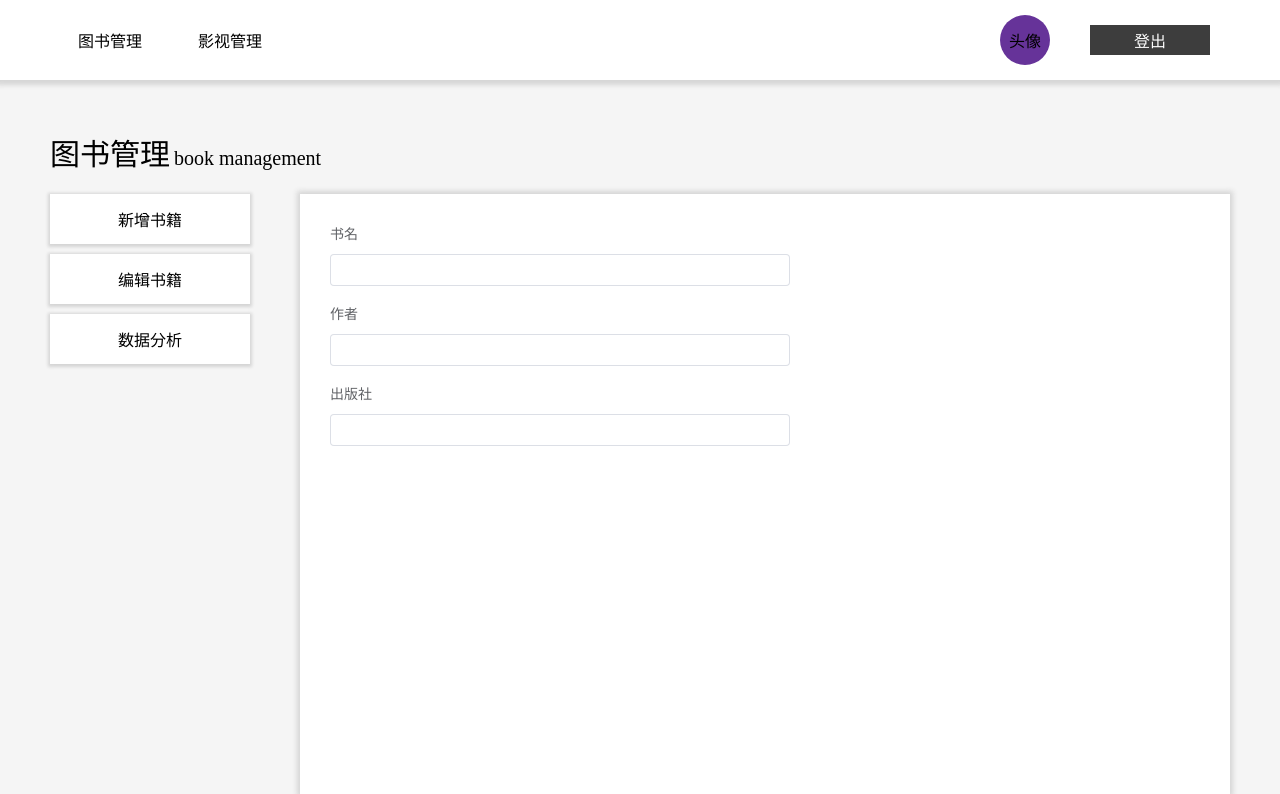
Repository: quanwangniuniu/Oasis-Reading-Platform
Page: /#/admin/books (app in Vue-frontend/)
These files come from the project's save history. The page is drawn as it stood at one moment and after the next save; the edit follows.
The browser window is 1280 px wide. The pictures show the whole page.
Some web fonts or font styles are not loaded; a fallback is used. The project was rebuilt for these pictures with package versions that can differ from the ones it lists, and the page was loaded fresh each time. Also part of the build but not shown: Vue-frontend/vite.config.js, Vue-frontend/src/components/Test.vue, Vue-frontend/src/components/user/books/BookCard.vue, Vue-frontend/src/components/axios/config.js, Vue-frontend/src/components/axios/api.js, Vue-frontend/src/components/user/books/Books.vue, Vue-frontend/src/components/user/movies/Favourites.vue, Vue-frontend/src/components/user/explore/Explore.vue and 10 more.

Above is the page before, as saved 2023-04-13 15:55:56.

### Vue-frontend/index.html
<!DOCTYPE html>
<html lang="en">
  <head>
    <meta charset="UTF-8">
    <meta name="viewport" content="width=device-width, initial-scale=1.0">
    <title>Vite App</title>
    <style>
      *{
        padding: 0px;
        margin: 0px;
      }

      body{
        background-color: rgb(245, 245, 245);
      }
    </style>
  </head>
  <body>
    <div id="app"></div>
    <script type="module" src="/src/main.js"></script>
  </body>
</html>

### Vue-frontend/src/main.js
import { createApp } from 'vue'
import ElementPlus from 'element-plus'
import 'element-plus/dist/index.css'
import App from './App.vue'
import router from './components/router/router'
import * as ElementPlusIconsVue from '@element-plus/icons-vue'
import './assets/font/font.css'

const app = createApp(App)
app.use(router)
app.use(ElementPlus)
app.mount('#app')
for (const [key, component] of Object.entries(ElementPlusIconsVue)) {
    app.component(key, component)
  }

### Vue-frontend/src/App.vue
<script setup>
import Test from './components/Test.vue';
</script>

<template>
  <div>
    <router-view></router-view>
  </div>
</template>

<style scoped>
</style>

### Vue-frontend/src/components/router/router.js
import {createRouter, createWebHashHistory} from 'vue-router'
import Books from '../user/books/Books.vue'
import Movies from '../user/movies/Favourites.vue'
import Explore from '../user/explore/Explore.vue'
import Login from '../user/login/Login.vue'
import SpecificBook from '../user/books/SpecificBook.vue'
import User from '../User.vue'
import Admin from '../Admin.vue'
import UserInfo from '../user/info/UserInfo.vue'
import BookSearch from '../user/books/BookSearch.vue'
import Transit from '../user/books/Transit.vue'
import BookManagement from '../admin/bookManagement/BookManagement.vue'
import MovieManagement from '../admin/movieManagement/MovieManagement.vue'

import {checkUser} from './utils.js'

const router = createRouter({
    history: createWebHashHistory(),
    routes:[
        {path:'/user', component: User, alias:['/'], children:[
            {path:'books', component: Books},
            {path:'search',name:'search', component: BookSearch},
            {path:'transit',name:'transit', component: Transit},
            {path:'books/:id', component: SpecificBook,beforeEnter: checkUser},
            {path:'movies', component: Movies},
            {path:'explore', component: Explore},
            {path:'login', component: Login},
            {path:'info', component: UserInfo, beforeEnter: checkUser},
        ]},
        {path:'/admin', component: Admin,children:[
            {path:'books', component: BookManagement},
            {path:'movies', component: MovieManagement}
        ]}
    ]
})

export default router

### Vue-frontend/src/assets/font/font.css

  @font-face {
    font-family: siyuansongti;
    src: url(./Source_Han_Serif_SC_Light_Light.otf);
    font-weight: normal;
    font-style: normal;
  }

### Vue-frontend/src/components/Admin.vue
<script setup>
import BookManagementVue from './admin/bookManagement/BookManagement.vue';
import AdminHeader from './admin/header/AdminHeader.vue';
</script>

<template>
    <AdminHeader></AdminHeader>
    <router-view></router-view>
</template>

<style scoped>
</style>

### Vue-frontend/src/components/admin/bookManagement/BookManagement.vue
<script setup>
import LeftBar from './LeftBar.vue';
import {ref} from 'vue'


const bookItem = ref({
  title: '',
  author: '',
  publisher: '',
  ISBN: '',
  description: '',
  publish_year: '',
  page:'',
  binding: '',
  price:'',
  seriers:' '
})


</script>

<template>
  <div class="top-container">
    <div class="title">
      <span>图书管理</span>&nbsp;<span>book management</span>
    </div>
  </div>
  <div class="container">
      <LeftBar></LeftBar>
      <div class="panel">
        <div>
          <el-form
            label-position="top"
            label-width="100px"
            :model="formLabelAlign"
            style="max-width: 460px"
          >
            <el-form-item label="书名">
              <el-input v-model="bookItem.title" />
            </el-form-item>
            <el-form-item label="作者">
              <el-input v-model="bookItem.author" />
            </el-form-item>
            <el-form-item label="出版社">
              <el-input v-model="bookItem.publisher" />
            </el-form-item>
          </el-form>
        </div>
      </div>
  </div>

</template>

<style scoped>
.top-container{
  margin: 50px 50px 0px 50px;
  display: flex;
  justify-content: space-between;
}

.title{
  width: 400px;
  font-family: siyuansongti;
}
.container{
  display: flex;
  margin: 20px 50px 0px 50px
}

.title span:nth-child(1){
  font-size: 30px;
}
.title span:nth-child(2){
  font-size: 20px;
}

.panel{
  box-sizing: border-box;
  flex: 1;
  height: 600px;
  background-color: white;
  box-shadow: 0 0 5px 3px rgb(214, 214, 214);
  padding: 30px;
}

</style>

### Vue-frontend/src/components/router/utils.js
export const checkUser = (from, to, next) => {
    if(localStorage.getItem('token') === null){
        next('/login')
    }else{
        next()
    }
}

### Vue-frontend/src/components/admin/header/AdminHeader.vue
<script setup>

let logout = () =>{
    localStorage.clear('token')
    localStorage.clear('type')
}

</script>

<template>
    <div>
        <div class="container">
            <div class="left">
                <div class="nav"><router-link to="/admin/books">图书管理</router-link></div>
                <div class="nav"><router-link to="/admin/movies">影视管理</router-link></div>
            </div>

            <div class="right">
                <div class="nav avata"><router-link to="/info">头像</router-link></div>
                <div class="nav login"><router-link to="/explore" @click="logout">登出</router-link></div>
            </div>

        </div>
    </div>

</template>

<style scoped>
.container{
    height: 80px;
    background-color: white;
    /* 边框模糊效果 */
    box-shadow: 0 0 5px 5px rgb(214, 214, 214);
    /* 开启flex布局 */
    display: flex;
    /* 设置元素靠右排列 */
    justify-content: space-between;
    /* 设置元素垂直居中 */
    align-items: center;
}

.left{
    display: flex;
    /* 设置元素垂直居中 */
    align-items: center;
    padding-left: 50px;
}

.right{
    display: flex;
    /* 设置元素垂直居中 */
    align-items: center;
    padding-right: 50px;
}

.nav{
    width: 80px;
    height: 30px;
    margin-left: 20px;
    margin-right: 20px;
    /* 设置nav内部a标签水平居中 */
    text-align: center;
    /* 开启flex局部 */
    display: flex;
    /* 设置nav内部a标签垂直居中 */
    align-items: center;
}

.nav a{
    width: 80px;
    /* 清除a标签默认样式 */
    text-decoration: none;
    color: black;

}

.login{
    width: 120px;
    background-color: rgb(61, 61, 61);
}

.login a{
    width: 1200px;
    color: white;
}

.avata{
    width: 50px;
    height: 50px;
    border-radius: 50%;
    background-color: rebeccapurple;
}


</style>

### Vue-frontend/src/components/admin/bookManagement/LeftBar.vue
<script setup>

</script>

<template>
    <div class="leftbar-container">
        <div class="card">
            新增书籍
        </div>
        <div class="card">
            编辑书籍
        </div>
        <div class="card">
            数据分析
        </div>
    </div>

</template>

<style scoped>
.leftbar-container{
    width: 250px;
    height: 600px;
}

.card{
    width: 200px;
    height: 50px;
    background: white;
    /* 设置卡片阴影 */
    box-shadow: 0px 1px 3px 2px rgb(214, 214, 214);
    /* 开启flex布局 文字水平垂直居中 */
    display: flex;
    justify-content: center;
    align-items:center;
    margin-bottom: 10px;
}

.card:hover{
    transform:scale(1.1);
}
</style>

After the next save:
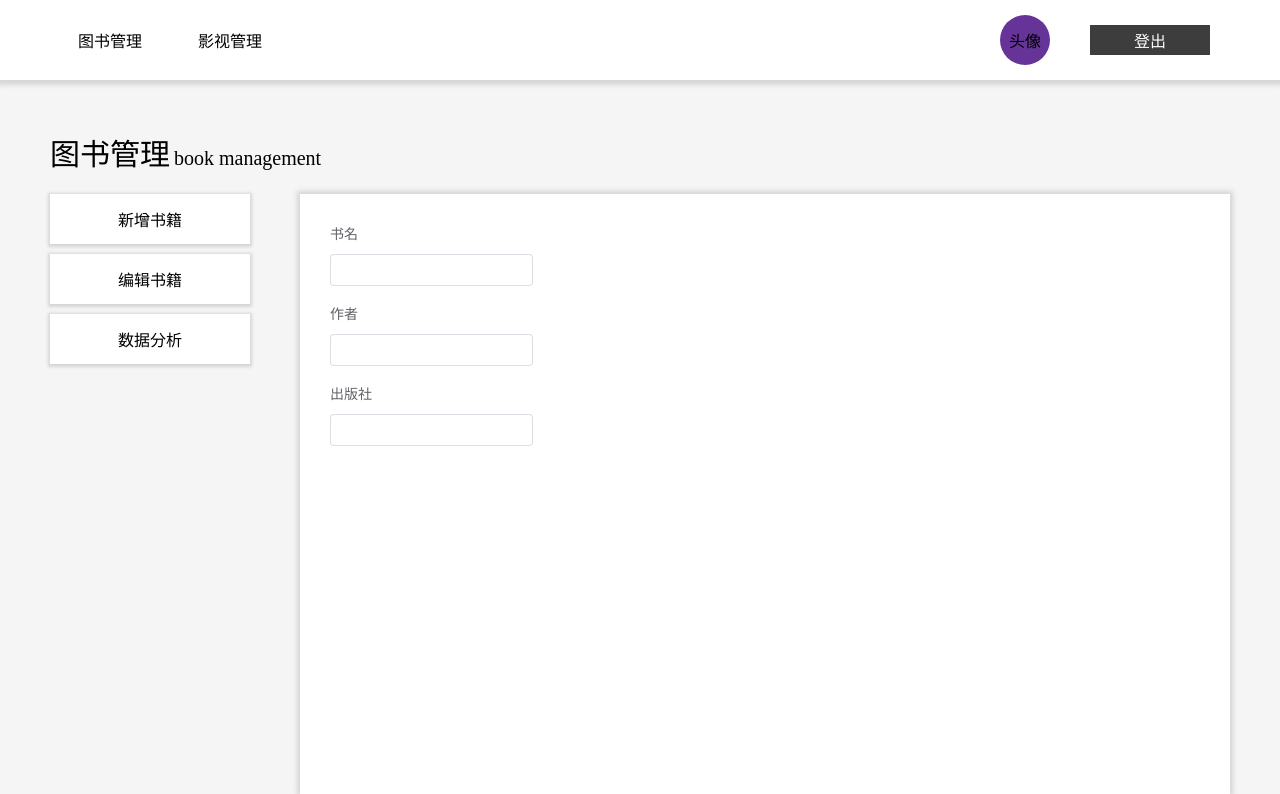
Saved 92 s later.
--- a/Vue-frontend/src/components/admin/bookManagement/BookManagement.vue
+++ b/Vue-frontend/src/components/admin/bookManagement/BookManagement.vue
@@ -34,6 +34,7 @@ const bookItem = ref({
             label-width="100px"
             :model="formLabelAlign"
             style="max-width: 460px"
+            :inline="true"
           >
             <el-form-item label="书名">
               <el-input v-model="bookItem.title" />
